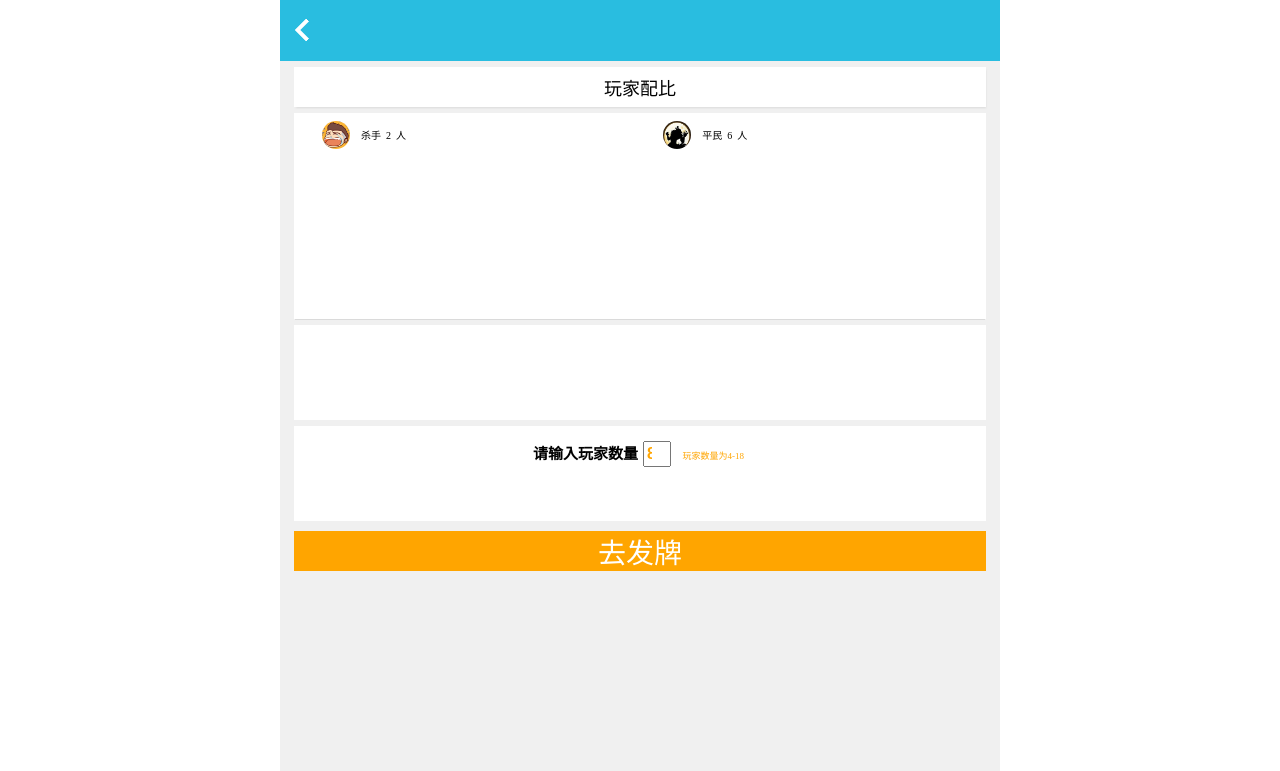
Repository: leozhangpd/My-Codes
Page: JS/two-project/deploy_page.html
These files come from the project's save history. The page is drawn as it stood at one moment and after a run of saves; the edit follows.
The browser window is 1280 px wide. The pictures show the whole page.

Above is the page before, as saved 2020-11-09 17:48:37.

### JS/two-project/deploy_page.html
<!DOCTYPE html>
<html lang="en">
    <head>
        <meta charset="UTF-8">
        <meta name="viewport" content="width=device-width,initial-scale=1.0,maximum-scale=1.0,user-scalable=0" />
        <link rel="stylesheet" href="css/deploy_page.css" type="text/css">
        <title>匹配</title>
    </head>
    <body>
        <header>
            <a href='home_page.html'></a>
        </header>
        <main>
            <div class="title">玩家配比</div>
            <ul class="list">
                <li>
                    <img src="images/footman.png">
                    <span>杀手&nbsp;&nbsp;2&nbsp;&nbsp;人</span>
                </li>
                <li>
                    <img src="images/wolf.png">
                    <span>平民&nbsp;&nbsp;6&nbsp;&nbsp;人</span>
                </li>
            </ul>
            <div class="work-group"></div>
            <div class="player-number">
                <span>请输入玩家数量</span>&nbsp;
                <input type="number" value="8">&nbsp;&nbsp;
                <span>玩家数量为4-18</span>
            </div>
            <botton id="btn">去发牌</botton>
        </main>
        <footer></footer>
    </body>
</html>

### JS/two-project/css/deploy_page.css
ul{
    list-style-type: none;
    margin: 0;padding: 0;
}
button{
    outline: none;
    border:none;
}
html{
    font-size: 62.5%;
    background: #fff;
    height: 100vh;
}
body{
    height: 100%;
    margin:0 auto;
    padding-bottom: 4%;
    max-width: 720px;
    min-width: 320px;
    background: #f0f0f0;
}
header{
    padding: 3% 5% 3% 2.5%;
    background-color: #29bde0;
}
header>a{
    display: inline-block;
    padding: 8px;
    box-shadow: inset 4px -4px 0 0 #ffffff;
    transform: rotate(45deg);
}
header>button div{
    margin-top: .5rem;
    height: .3rem;
    background-color: #fff;
}
main{
    margin:0 auto;
    width: 96%;
}
main>*{background-color: #fff;}
.title{
    padding: .7rem 0;
    margin: .6rem 0;
    text-align: center;
    font-size: 1.8rem;
    font-weight: 540;
    box-shadow: 1px 2px 2px -1px rgb(218, 218, 218);
}
.list{
    min-height: 19rem;
    padding: 8px 0;
    box-shadow: 0 2px 0 -1px rgb(218, 218, 218);
}
.list>li{
    display: inline-block;
    width: 45%;
    margin-left: 4%;
}
.list img{
    float: left;
    width: 28px;
    border-radius: 50%;
}
.list>li>span{
    display: block;
    padding: 6px 0 0 39px;
}
.work-group,
.player-number{
    margin: .6rem 0;
    padding: 1.5rem 3rem;
    min-height: 6.5rem;
    text-align: center;
}
.player-number>span:nth-child(1),
.player-number>input{
    font-size: 1.5rem;
    font-weight: bold;
}
.player-number>input{
    font-size: 1.6rem;
    width: 2rem;
    height: 2rem;
    text-align: center;
}
.player-number>input,
.player-number>span:nth-of-type(2){
    color: orange;
}
.player-number>span:nth-of-type(2){
    display: inline-block;
    transform: scale(0.9);
}
#btn{
    display: inline-block;
    width: 100%;
    margin-top: 4px;
    padding: ;
    text-align: center;
    font-size: 2.8rem;
    color: white;
    background: orange;
}

After the next 2 saves:
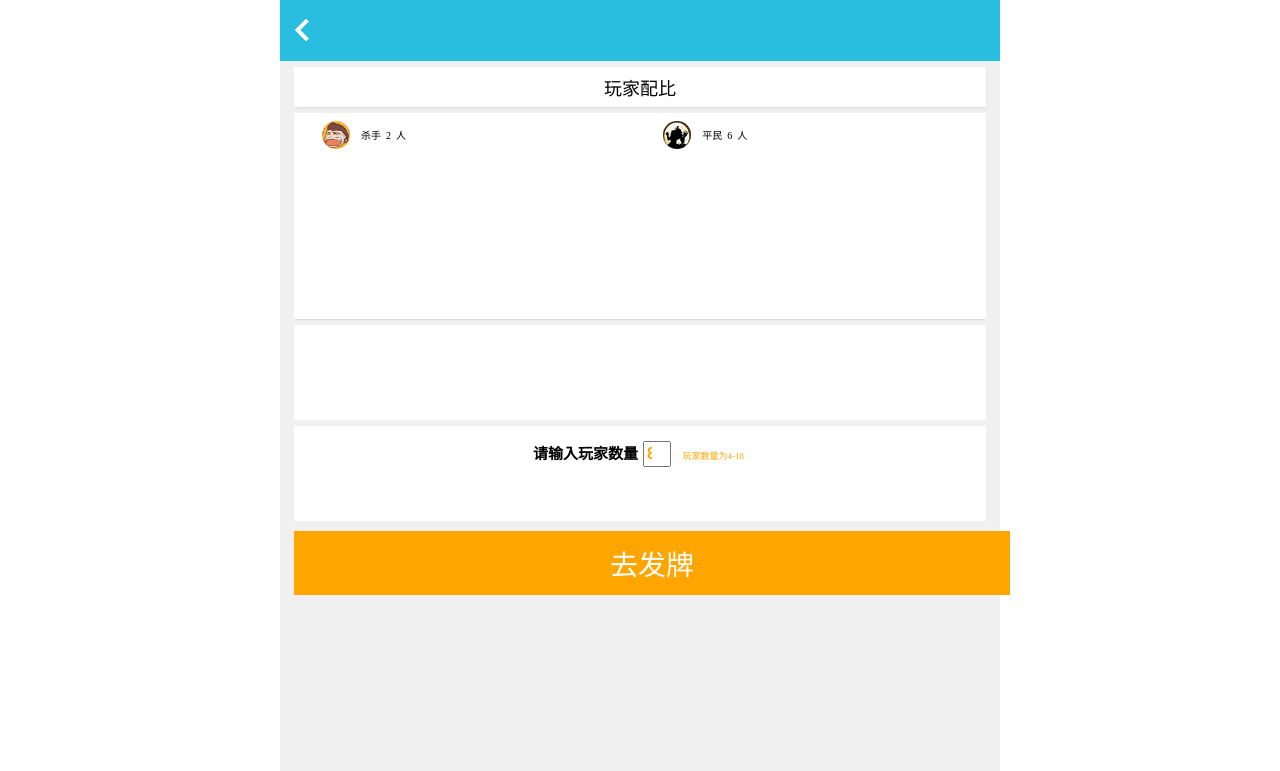
The 2 saves are shown as one change because they came seconds apart.
The last was saved 29 s later.
--- a/JS/two-project/css/deploy_page.css
+++ b/JS/two-project/css/deploy_page.css
@@ -96,7 +96,7 @@ main>*{background-color: #fff;}
     display: inline-block;
     width: 100%;
     margin-top: 4px;
-    padding: ;
+    padding: 1.2rem;
     text-align: center;
     font-size: 2.8rem;
     color: white;
